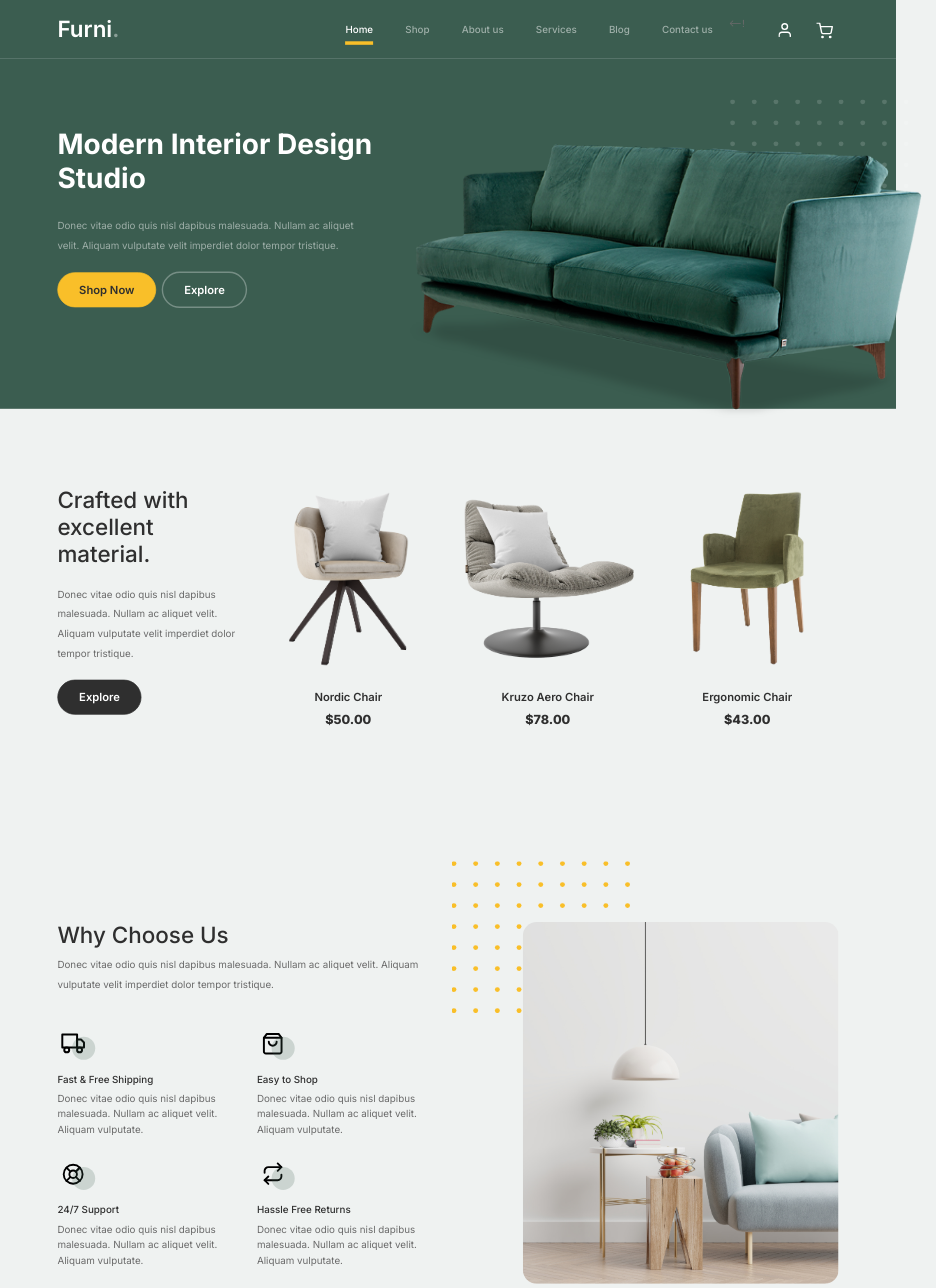
Repository: MaggieMengXingchen/e-commerce
Page: index.html
An editor plug-in stored every save of this project. The page is shown before and after a run of saves, followed by the edit.
The browser window is 1280 px wide. The page is 1337 px wide, so the pictures cover 1337 px, including what lies to the right of the window. The pictures show the part of the page from y = 0 to 1840 px (the page is 5103 px tall), at 70% of full size.

Above is the page before, as saved 2024-02-07 13:51:38.

After the next 3 saves:
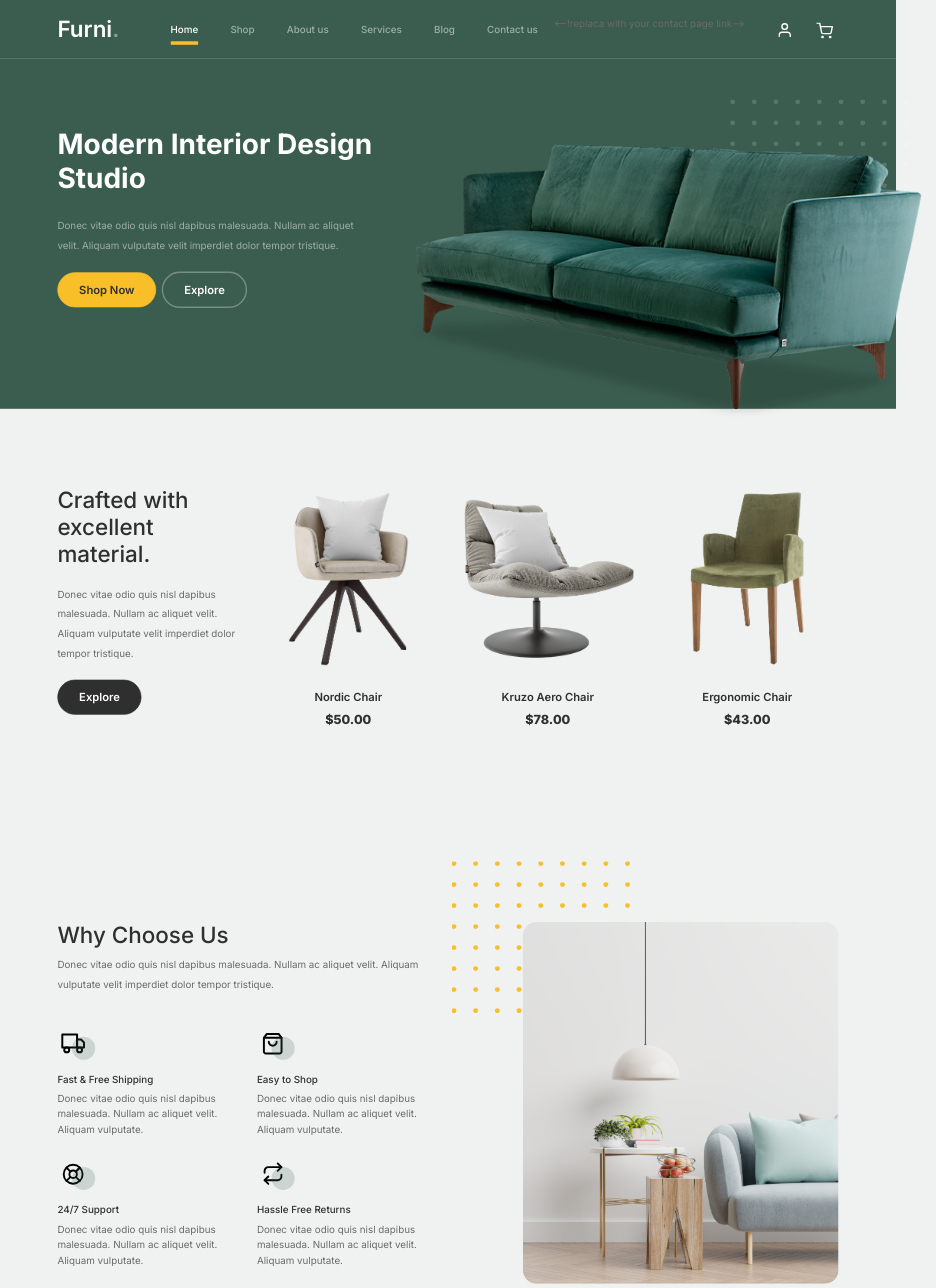
The 3 saves are shown as one change because they came seconds apart.
The last was saved 10 s later.
--- a/index.html
+++ b/index.html
@@ -45,7 +45,7 @@
 						<li><a class="nav-link" href="about.html">About us</a></li>
 						<li><a class="nav-link" href="services.html">Services</a></li>
 						<li><a class="nav-link" href="blog.html">Blog</a></li>
-						<li><a class="nav-link" href="contact.html">Contact us</a></li><--!
+						<li><a class="nav-link" href="contact.html">Contact us</a></li> <--!replaca with your contact page link-->
 					</ul>
 
 					<ul class="custom-navbar-cta navbar-nav mb-2 mb-md-0 ms-5">
